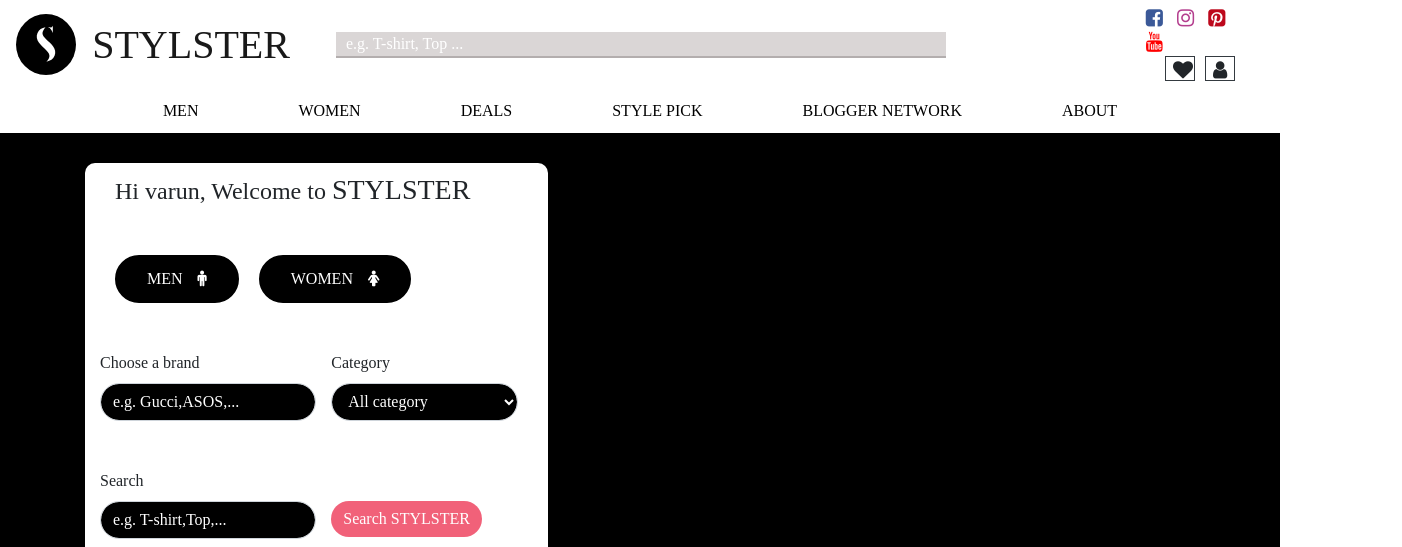
Repository: Lovekr/stylester
Page: stylster_frontend_design/index.html
These files come from the project's save history. The page is drawn as it stood at one moment and after the next save; the edit follows.
The browser window is 1280 px wide. The page is 1402 px wide, so the pictures cover 1402 px, including what lies to the right of the window. The pictures show the part of the page from y = 0 to 547 px (the page is 4614 px tall before and 4566 px after).
Pictures or frames that could not be fetched are drawn as grey boxes. Some web fonts or font styles are not loaded; a fallback is used.

Above is the page before, as saved 2020-03-04 18:26:48.

### stylster_frontend_design/index.html
<!DOCTYPE html>
<html lang="en">
<head>
    <meta charset="UTF-8">
    <meta name="viewport" content="width=device-width, initial-scale=1.0">
    <link rel="stylesheet" href="https://stackpath.bootstrapcdn.com/bootstrap/4.4.1/css/bootstrap.min.css" >
     <link rel="stylesheet" href="./css/owl.carousel.css">
     <link rel="stylesheet" href="./css//owl.theme.default.min.css">
     <link rel="stylesheet" href="https://cdnjs.cloudflare.com/ajax/libs/font-awesome/4.7.0/css/font-awesome.min.css">
    <link rel="stylesheet" href="./style.css">
    <link rel="stylesheet" href="./responsive.css">
    <title>STYLSTER</title>
</head>
<body>
    <div id="navbar">
        <nav class="navbar navbar-expand-lg navbar-light">
            <img class="pr-3"
            src="./asset/stylster logo1-01.svg"><a class="navbar-brand" href="#">STYLSTER</a>

          <button class="navbar-toggler" type="button" data-toggle="collapse" data-target="#navbarSupportedContent" aria-controls="navbarSupportedContent" aria-expanded="false" aria-label="Toggle navigation">
            <span class="navbar-toggler-icon"></span>
        </button>
            <div class="collapse navbar-collapse" id="navbarSupportedContent">
              <input type="text" placeholder="e.g. T-shirt, Top ...">
              <div class="navbar-manu-inside">
                <a href="#">MEN</a>
                <a href="#">WOMEN</a>
                <a href="#">DEALS</a>
                <a href="#">STYLE PICK</a>
                <a href="#">BLOGGER NETWORK</a>
                <a href="#">ABOUT</a>
              </div>
              <div class="displaynone1000">
                <div>
                    <i class="fa fa-facebook-square"></i>
                    <i class="fa fa-instagram"></i>
                    <i class="fa fa-pinterest-square"></i>
                    <i class="fa fa-youtube"></i>
                  </div>
                  <div class="flexIcon">
                    <i class="fa fa-heart border border-dark"></i>
                    <i class="fa fa-user border border-dark"></i>
                  </div>
              </div>
            </div>

        </nav>
        <div class="navbar-manu">
          <a href="#">MEN</a>
          <a href="#">WOMEN</a>
          <a href="#">DEALS</a>
          <a href="#">STYLE PICK</a>
          <a href="#">BLOGGER NETWORK</a>
          <a href="#">ABOUT</a>
        </div>
    </div>



    <div id="main-header">
        <div class="container">
            <div class="row">
                <div class="col-md-5 col-sm-12 bg-white">

                    <h4>Hi varun, Welcome to  <span class="stylster">  STYLSTER</span></h4>
                    <div class="category mt-5">
                        <div class="flex">
                            <span class="menCat">MEN<i class="fa fa-male"></i></span>
                            <span class="womenCat">WOMEN<i class="fa fa-female"></i></span>

                        </div>
                         </div>
                    <div class="row mt-5">
                        <div class="col-xs-12 col-sm-6 pad0">
                            <div class="form-group">
                                <label for="exampleInputEmail1">Choose a brand</label>
                                <input type="email" class="form-control" id="exampleInputEmail1" aria-describedby="emailHelp" placeholder="e.g. Gucci,ASOS,...">
                            </div>
                            <div class="form-group mt-5">
                                <label for="exampleInputEmail1">Search</label>
                                <input type="email" class="form-control" id="exampleInputEmail1" aria-describedby="emailHelp" placeholder="e.g. T-shirt,Top,...">
                            </div>
                        </div>
                        <div class="col-xs-12 col-sm-6">
                            <div>
                                <label for="exampleInputEmail1">Category</label>
                                <select id="inputState" class="form-control">
                                    <option selected>All category</option>
                                    <option>select 1</option>
                                    <option>select 2</option>
                                    <option>select 3</option>
                                    <option>select 4</option>
                                  </select>
                            </div>

                            <button class="btn btn-primary mt-5">Search STYLSTER</button>
                        </div>
                    </div>
                </div>
                <div class="col-md-6 col-sm-12"></div>
            </div>
        </div>
    </div>

    <div id="shoping">
        <div class="container-fluid">
            <div class="row">
                <div class="col-md-6 col-sm-12 pad0">
                    <div class="container-fluid">
                        <div class="row">

                            <div class="col-xs-12 col-sm-5 pad0 height300 bgPink res800">
                                <ul class="text-right">
                                    <li ><span class="font-weight-bold">"Clothes</span> mean</li>
                                    <li>nothing until</li>
                                    <li>someline <span class="font-weight-bold">lives</span></li>
                                    <li>in them."</li>
                                </ul>
                            </div>
                            <div class="col-xs-12 col-sm-7 pad0 height300">
                                <img class="imgauto" src="https://images.unsplash.com/photo-1554555819-f722cb0c01c5?ixlib=rb-1.2.1&ixid=eyJhcHBfaWQiOjEyMDd9&auto=format&fit=crop&w=334&q=80">
                            </div>
                        </div>
                    </div>

                    <div class="text-center p-5 bgBlue">
                        <h2 class="pb-2">ELEGANT & SLICK</h2>
                        <div class="line">
                            <div class="line200"></div>
                        </div>
                        <button class="btn my-3 btnBlack">SHOP MEN</button>
                    </div>

                </div>
                <div class="col-md-6 col-sm-12 pad0">
                    <div class="text-center p-5 bgPink">
                        <h2 class="pb-2">SULTRY & SMART</h2>
                        <div class="line ">
                            <div class="line200"></div>
                        </div>
                        <button class="btn my-3 btnBlack">SHOP WOMEN</button>
                    </div>
                    <div class="container-fluid">
                        <div class="row">
                            <div class="col-xs-12 col-sm-7 pad0 height300 ">
                                <img class="img-responsive" src="https://images.unsplash.com/photo-1544632247-c645ab44e580?ixlib=rb-1.2.1&ixid=eyJhcHBfaWQiOjEyMDd9&auto=format&fit=crop&w=334&q=80">
                            </div>
                            <div class="col-xs-12 col-sm-5 pad0 height300 bgBlue res800">
                                <ul class="text-left">
                                    <li >"The <span class="font-weight-bold">difference</span> mean</li>
                                    <li>between</li>
                                    <li><span class="font-weight-bold">style</span> & <span class="font-weight-bold">fashion</span></li>
                                    <li>is quality."</li>
                                </ul>
                            </div>
                        </div>
                    </div>
                </div>
        </div>
    </div>


    <div id="galleryCard" class="container-fluid">
            <div>
                <div class="flex1 pt-5">
                    <div>
                        <h3>Hot Deals</h3>
                    </div>
                    <div>
                        <button class="btn btn-outline-dark">VIEW ALL</button>
                    </div>
                </div>
                <div class="row mt-5 height200">
                    <div class="col-md-12 col-lg-4">
                        <div class="height250">
                            <img class="img-fluid" src="https://images.unsplash.com/photo-1544005313-94ddf0286df2?ixlib=rb-1.2.1&ixid=eyJhcHBfaWQiOjEyMDd9&auto=format&fit=crop&w=334&q=80">
                            <div class="overlay"></div>
                            <div class=" hoverText">
                                <div class="text-center">
                                    <div>
                                        <h4>SUMMER</h4>
                                        <h1>SALE</h1>
                                        <h5>UP TO 40% OFF</h5>
                                        <button class="btn btn-secondary btn-lg my-3">SHOP NOW</button>
                                    </div>
                                </div>
                            </div>
                        </div>
                    </div>
                    <div class="col-md-12 col-lg-4">
                        <div class="height250">
                            <img class="img-fluid" src="https://images.unsplash.com/photo-1542080681-b52d382432af?ixlib=rb-1.2.1&ixid=eyJhcHBfaWQiOjEyMDd9&auto=format&fit=crop&w=334&q=80">
                            <div class="overlay"></div>
                            <div class=" hoverText">
                                <div class="text-center">
                                    <div class="text">
                                        <h4>SUMMER</h4>
                                        <h1>SALE</h1>
                                        <h5>UP TO 40% OFF</h5>
                                        <button class="btn btn-secondary btn-lg my-3">SHOP NOW</button>
                                    </div>
                                </div>
                            </div>
                        </div>
                    </div>
                    <div class="col-md-12 col-lg-4 height400">
                        <div class="height250">
                            <img class="img-fluid" src="https://images.unsplash.com/photo-1486663845017-3eedaa78617f?ixlib=rb-1.2.1&ixid=eyJhcHBfaWQiOjEyMDd9&auto=format&fit=crop&w=334&q=80">
                            <div class="overlay"></div>
                            <div class=" hoverText">
                                <div class="text-center">
                                    <div>
                                        <h4>SUMMER</h4>
                                        <h1>SALE</h1>
                                        <h5>UP TO 40% OFF</h5>
                                        <button class="btn btn-secondary btn-lg my-3">SHOP NOW</button>
                                    </div>
                                </div>
                            </div>
                        </div>
                    </div>
                </div>
            </div>

            <div class="Style-pick">

                <div class="flex1 ">
                    <div>
                        <h3>Style Pick</h3>
                    </div>
                    <div>
                        <button class="btn btn-outline-dark">VIEW ALL</button>
                    </div>
                </div>

                <div class="bgBlack">
                    <h3 class="py-4">Choose your Budget</h3>
                    <div class="owl-carousel owl-theme">
                        <div class="item">
                            <img class="img-" alt="Responsive image" src="https://images.unsplash.com/photo-1486663845017-3eedaa78617f?ixlib=rb-1.2.1&ixid=eyJhcHBfaWQiOjEyMDd9&auto=format&fit=crop&w=334&q=80">
                            <h3 class="inside-title buttonhover"><i class="fa fa-inr"></i> 0-1500</h3>
                        </div>
                        <div class="item">
                            <img class="img-" alt="Responsive image" src="https://images.unsplash.com/photo-1541647376583-8934aaf3448a?ixlib=rb-1.2.1&ixid=eyJhcHBfaWQiOjEyMDd9&auto=format&fit=crop&w=334&q=80">
                            <h3 class="inside-title buttonhover"><i class="fa fa-inr"></i> 1500-3000</h3>
                        </div>
                        <div class="item">
                            <img class="img-responsive" alt="Responsive image" src="https://images.unsplash.com/photo-1486663845017-3eedaa78617f?ixlib=rb-1.2.1&ixid=eyJhcHBfaWQiOjEyMDd9&auto=format&fit=crop&w=334&q=80">
                            <h3 class="inside-title buttonhover"><i class="fa fa-inr"></i> 3000-5000</h3>
                        </div>
                        <div class="item">
                            <img class="img-responsive" alt="Responsive image" src="https://images.unsplash.com/photo-1571816119553-df62a2eedf56?ixlib=rb-1.2.1&ixid=eyJhcHBfaWQiOjEyMDd9&auto=format&fit=crop&w=334&q=80">
                            <h3 class="inside-title buttonhover"><i class="fa fa-inr"></i> 5000-1000</h3>
                        </div>
                        <div class="item">
                            <img class="img-responsive" alt="Responsive image" src="https://images.unsplash.com/photo-1486663845017-3eedaa78617f?ixlib=rb-1.2.1&ixid=eyJhcHBfaWQiOjEyMDd9&auto=format&fit=crop&w=334&q=80">
                            <h3 class="inside-title buttonhover">LUXURY COLLECTION</h3>
                        </div>

                    </div>
                </div>

            </div>

            <div class="flex1 pt-5">
                <div>
                    <h3>Connect With Your Favourite Bloggers </h3>
                </div>
                <div>
                    <button class="btn btn-outline-dark">VIEW ALL</button>
                </div>
            </div>


             <div class="blog">
                <div class="container-fluid">
                 <div class="row">
                     <div class="col-sm-12 col-md-6 col-lg-4">
                         <div class="blog3">
                             <div class="imgBlock">
                                 <div class="blog-title">
                                    <h4>Juhi Godambe</h4>
                                </div>
                             <img class="img-fluid" src="https://images.unsplash.com/photo-1574473084259-9839447145a2?ixlib=rb-1.2.1&auto=format&fit=crop&w=750&q=80">
                             </div>

                             <div class="wrapper p-2">
                                <!-- <p class="colorblue">01/19-01/23</p> -->
                                <p>Click here to add your own content, or
                                    connect to data from your collections.</p>

                                    <div class="floatLeft mt-4">
                                        <div class="blogIcon">
                                            <i class="fa fa-user fa-2x"></i>
                                        </div>

                                        <button type="button" class="btn buttonhover">Visit Profile</button>
                                    </div>
                             </div>

                         </div>
                     </div>


                     <div class="col-sm-12 col-md-6 col-lg-4">
                        <div class="blog3">
                            <div class="imgBlock">
                                <div class="blog-title">
                                   <h4>Juhi Godambe</h4>
                               </div>
                            <img class="img-fluid" src="https://images.unsplash.com/photo-1574473084259-9839447145a2?ixlib=rb-1.2.1&auto=format&fit=crop&w=750&q=80">
                            </div>

                            <div class="wrapper p-2">
                               <!-- <p class="colorblue">01/19-01/23</p> -->
                               <p>Click here to add your own content, or
                                   connect to data from your collections.</p>

                                   <div class="floatLeft mt-4">
                                       <div class="blogIcon">
                                           <i class="fa fa-user fa-2x"></i>
                                       </div>

                                       <button type="button" class="btn buttonhover">Visit Profile</button>
                                   </div>
                            </div>

                        </div>
                    </div>

                    <div class="col-sm-12 col-md-6 col-lg-4">
                        <div class="blog3">
                            <div class="imgBlock">
                                <div class="blog-title">
                                   <h4>Juhi Godambe</h4>
                               </div>
                            <img class="img-fluid" src="https://images.unsplash.com/photo-1574473084259-9839447145a2?ixlib=rb-1.2.1&auto=format&fit=crop&w=750&q=80">
                            </div>

                            <div class="wrapper p-2">
                               <!-- <p class="colorblue">01/19-01/23</p> -->
                               <p>Click here to add your own content, or
                                   connect to data from your collections.</p>

                                   <div class="floatLeft mt-4">
                                       <div class="blogIcon">
                                           <i class="fa fa-user fa-2x"></i>
                                       </div>

                                       <button type="button" class="btn buttonhover">Visit Profile</button>
                                   </div>
                            </div>

                        </div>
                    </div>

                 </div>
                </div>

             </div>




             <div class="styleter-Blog">
                <div class="flex1 py-4">
                    <div>
                        <h3>Stylster Blog</h3>
                    </div>
                    <div>
                        <button class="btn btn-outline-dark">VIEW ALL</button>
                    </div>
                </div>
                <div class="row">
                    <div class="col-sm-12 col-md-6 col-lg-4 mb-3 dealItem">
                        <img class="img-responsive" src="https://images.unsplash.com/photo-1565616807513-b5fb09209c85?ixlib=rb-1.2.1&ixid=eyJhcHBfaWQiOjEyMDd9&auto=format&fit=crop&w=375&q=80">
                        <p class="style-blog-title">Meghan Markle is pregnant </p>
                    </div>
                    <div class="col-sm-12 col-md-6 col-lg-4 mb-3 dealItem">
                          <img class="img-responsive" src="https://images.unsplash.com/photo-1554151228-14d9def656e4?ixlib=rb-1.2.1&ixid=eyJhcHBfaWQiOjEyMDd9&auto=format&fit=crop&w=333&q=80">
                          <p class="style-blog-title">The Knee-High Boots You’ll
                            Need This Fall</p>
                    </div>
                    <div class="col-sm-12 col-md-6 col-lg-4 mb-3 dealItem">
                        <img class="img-responsive" src="https://images.unsplash.com/photo-1579591919791-0e3737ae3808?ixlib=rb-1.2.1&auto=format&fit=crop&w=358&q=80">
                        <p class="style-blog-title">Anna Wintour Says You Can’t
                            Wear THIS In The Fall</p>

                    </div>

                    <div class="col-sm-12 col-md-6 col-lg-4 mb-3 dealItem">
                        <img class="img-responsive" src="https://images.unsplash.com/photo-1565616807513-b5fb09209c85?ixlib=rb-1.2.1&ixid=eyJhcHBfaWQiOjEyMDd9&auto=format&fit=crop&w=375&q=80">
                        <p class="style-blog-title">Meghan Markle is pregnant </p>
                    </div>
                    <div class="col-sm-12 col-md-6 col-lg-4 mb-3 dealItem">
                          <img class="img-responsive" src="https://images.unsplash.com/photo-1554151228-14d9def656e4?ixlib=rb-1.2.1&ixid=eyJhcHBfaWQiOjEyMDd9&auto=format&fit=crop&w=333&q=80">
                          <p class="style-blog-title">The Knee-High Boots You’ll
                            Need This Fall</p>
                    </div>
                    <div class="col-sm-12 col-md-6 col-lg-4 mb-3 dealItem">
                        <img class="img-responsive" src="https://images.unsplash.com/photo-1579591919791-0e3737ae3808?ixlib=rb-1.2.1&auto=format&fit=crop&w=358&q=80">
                        <p class="style-blog-title">Anna Wintour Says You Can’t
                            Wear THIS In The Fall</p>

                </div>
             </div>
    </div>
</div>


<div id="footer" class="container-fluid">
    <div class="row">
        <div class="col-xs-12 col-sm-6 col-md-3 rline">
            <h3 class="footer-stylster"><img class="pr-3" src="./asset/stylster logo1-01.svg">STYLSTER</h1>
        </div>
        <div class="col-xs-12 col-sm-6 col-md-3 rline rline3">
            <h3>CUSTOMER CARE</h3>
            <ul>
                <li><a href="#">Shopping Policy ></a></li>
                <li><a href="#">Return Policy ></a></li>
                <li><a href="#">Contact Us ></a></li>
                <li><a href="#">About Us ></a></li>
            </ul>

        </div>
        <div class="col-xs-12 col-sm-6 col-md-3 rline">
            <h3>VISIT OUR STORE</h3>
            <ul>
                <li><a href="#">500 Terry Francois Street ></a></li>
                <li><a href="#">San Francisco, CA 94158 ></a></li>

            </ul>
        </div>
        <div class="col-xs-12 col-sm-6 col-md-3 rline2">
            <h3>STAY CONNECTED</h3>
            <div class="mt-4">
                <a href="#"><i class="fa fa-facebook-square fa-2x pr-2"></i></a>
                <a href="#"><i class="fa fa-instagram fa-2x pr-2"></i></a>
                <a href="#"><i class="fa fa-twitter-square fa-2x pr-2"></i></a>
                <a href="#"><i class="fa fa-youtube fa-2x "></i></a>

            </div>
        </div>
    </div>
</div>








    <script src="https://code.jquery.com/jquery-3.4.1.slim.min.js" ></script>
    <script src="https://cdn.jsdelivr.net/npm/popper.js@1.16.0/dist/umd/popper.min.js" ></script>
    <script src="https://stackpath.bootstrapcdn.com/bootstrap/4.4.1/js/bootstrap.min.js" ></script>
    <script src="./js/owl.carousel.js"></script>
    <script>
        $('.owl-carousel').owlCarousel({
            loop: true,
            margin:40,
            nav:true,

            responsive:{
                0:{
                    items:1
                },
                800:{
                    items:2
                }

            }
})
    </script>

</body>
</html>

Loaded but not shown: stylster_frontend_design/css/owl.carousel.css (library); stylster_frontend_design/css/owl.theme.default.min.css (common file); stylster_frontend_design/js/owl.carousel.js (library); stylster_frontend_design/style.css (629 lines, source omitted); stylster_frontend_design/responsive.css (93 lines, source omitted)

After the next save:
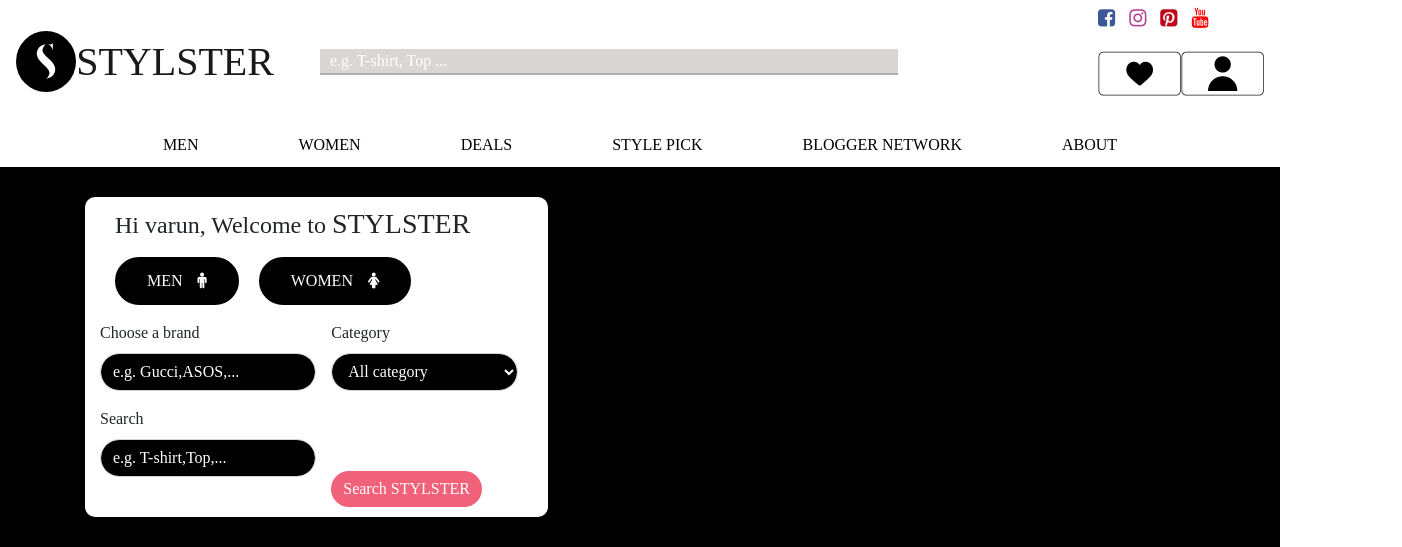
Saved 9 min 29 s later.
--- a/stylster_frontend_design/index.html
+++ b/stylster_frontend_design/index.html
@@ -14,7 +14,7 @@
 <body>
     <div id="navbar">
         <nav class="navbar navbar-expand-lg navbar-light">
-            <img class="pr-3"
+            <img class="addright"
             src="./asset/stylster logo1-01.svg"><a class="navbar-brand" href="#">STYLSTER</a>
 
           <button class="navbar-toggler" type="button" data-toggle="collapse" data-target="#navbarSupportedContent" aria-controls="navbarSupportedContent" aria-expanded="false" aria-label="Toggle navigation">
@@ -38,8 +38,10 @@
                     <i class="fa fa-youtube"></i>
                   </div>
                   <div class="flexIcon">
-                    <i class="fa fa-heart border border-dark"></i>
-                    <i class="fa fa-user border border-dark"></i>
+                      <img src="./asset/nav icon/navHeart.png">
+                      <img src="./asset/nav icon/navUser.png">
+                    <!-- <i class="fa fa-heart border border-dark"></i>
+                    <i class="fa fa-user border border-dark"></i> -->
                   </div>
               </div>
             </div>
@@ -63,20 +65,20 @@
                 <div class="col-md-5 col-sm-12 bg-white">
 
                     <h4>Hi varun, Welcome to  <span class="stylster">  STYLSTER</span></h4>
-                    <div class="category mt-5">
+                    <div class="category mt-3">
                         <div class="flex">
                             <span class="menCat">MEN<i class="fa fa-male"></i></span>
                             <span class="womenCat">WOMEN<i class="fa fa-female"></i></span>
 
                         </div>
                          </div>
-                    <div class="row mt-5">
+                    <div class="row mt-3">
                         <div class="col-xs-12 col-sm-6 pad0">
                             <div class="form-group">
                                 <label for="exampleInputEmail1">Choose a brand</label>
                                 <input type="email" class="form-control" id="exampleInputEmail1" aria-describedby="emailHelp" placeholder="e.g. Gucci,ASOS,...">
                             </div>
-                            <div class="form-group mt-5">
+                            <div class="form-group mt-3">
                                 <label for="exampleInputEmail1">Search</label>
                                 <input type="email" class="form-control" id="exampleInputEmail1" aria-describedby="emailHelp" placeholder="e.g. T-shirt,Top,...">
                             </div>
@@ -93,7 +95,7 @@
                                   </select>
                             </div>
 
-                            <button class="btn btn-primary mt-5">Search STYLSTER</button>
+                            <button class="btn btn-primary ">Search STYLSTER</button>
                         </div>
                     </div>
                 </div>
@@ -458,7 +460,7 @@
     <script>
         $('.owl-carousel').owlCarousel({
             loop: true,
-            margin:40,
+            margin:25,
             nav:true,
 
             responsive:{
